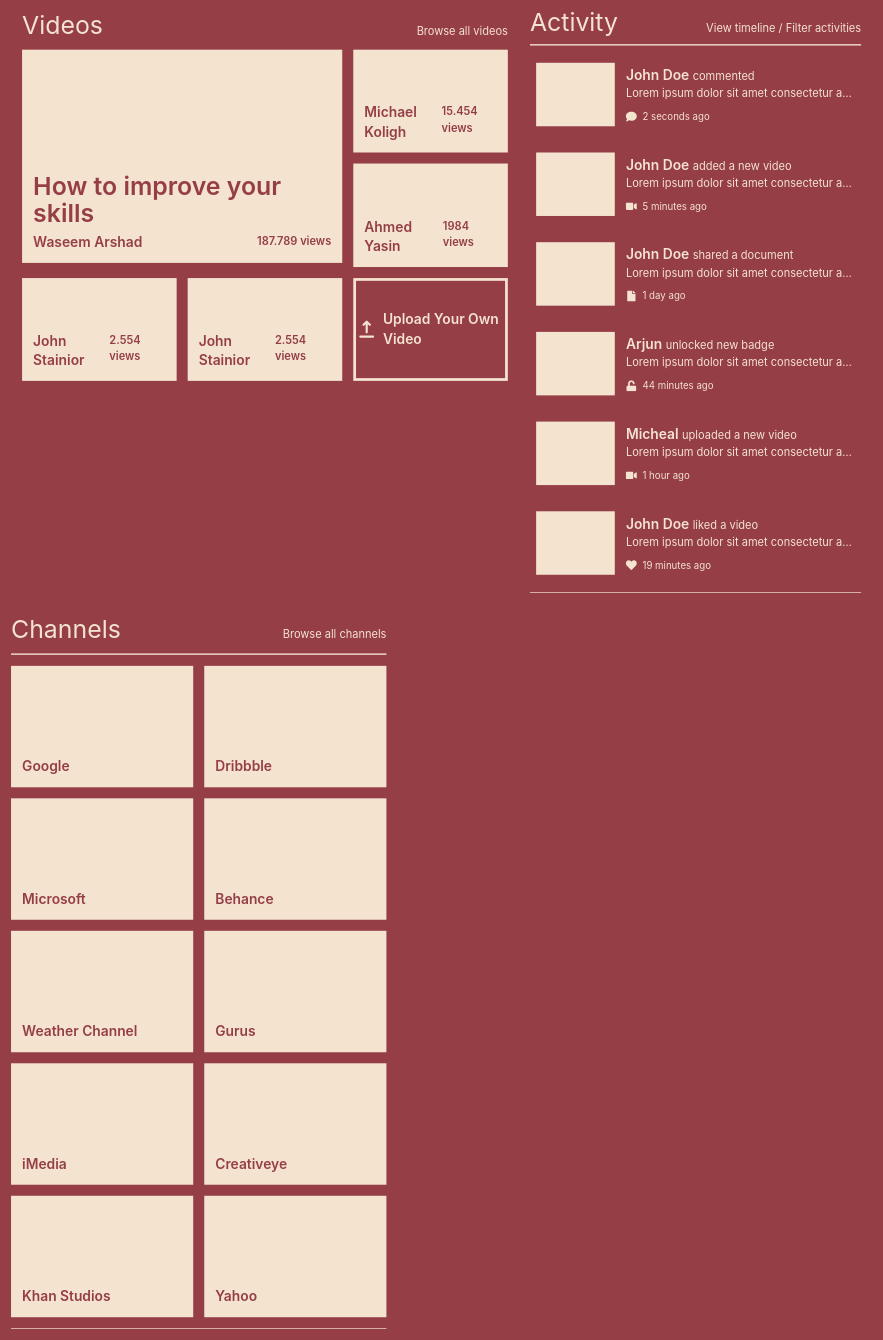
Repository: farrelmuhammad/test-salt
Page: /
The author's editor kept a copy of each file at every save. The page is drawn from the files as they stood at one save, then again after a run of saves.
The browser window is 1280 px wide. The pictures show the whole page, at 69% of full size.
The project was rebuilt for these pictures with package versions that can differ from the ones it lists, and the page was loaded fresh each time. Also part of the build but not shown: src/App.css.

Above is the page before, as saved 2022-11-21 16:55:42.

After the next 2 saves:
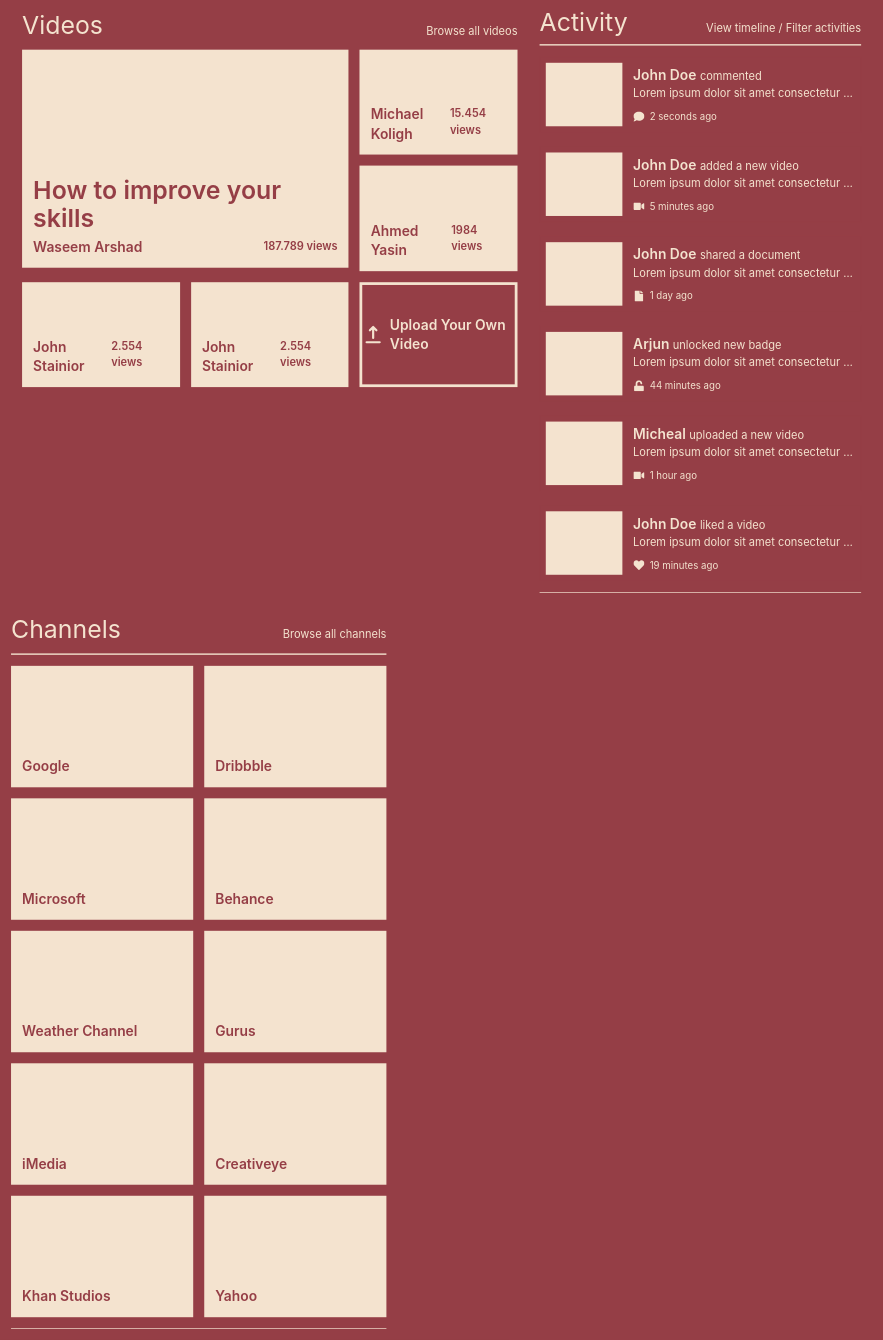
The 2 saves are shown as one change because they came seconds apart.
The last was saved 11 s later.
--- a/src/App.js
+++ b/src/App.js
@@ -8,11 +8,11 @@ function App() {
   return (
     <>
       <div className="container">
-        <div class="flex ">
+        <div class="flex">
           <div className="flex-auto w-64">
             <Box />
           </div>
-          <div className="flex-auto w-8">
+          <div className="flex-auto w-1">
             <Activity />
           </div>
         </div>
